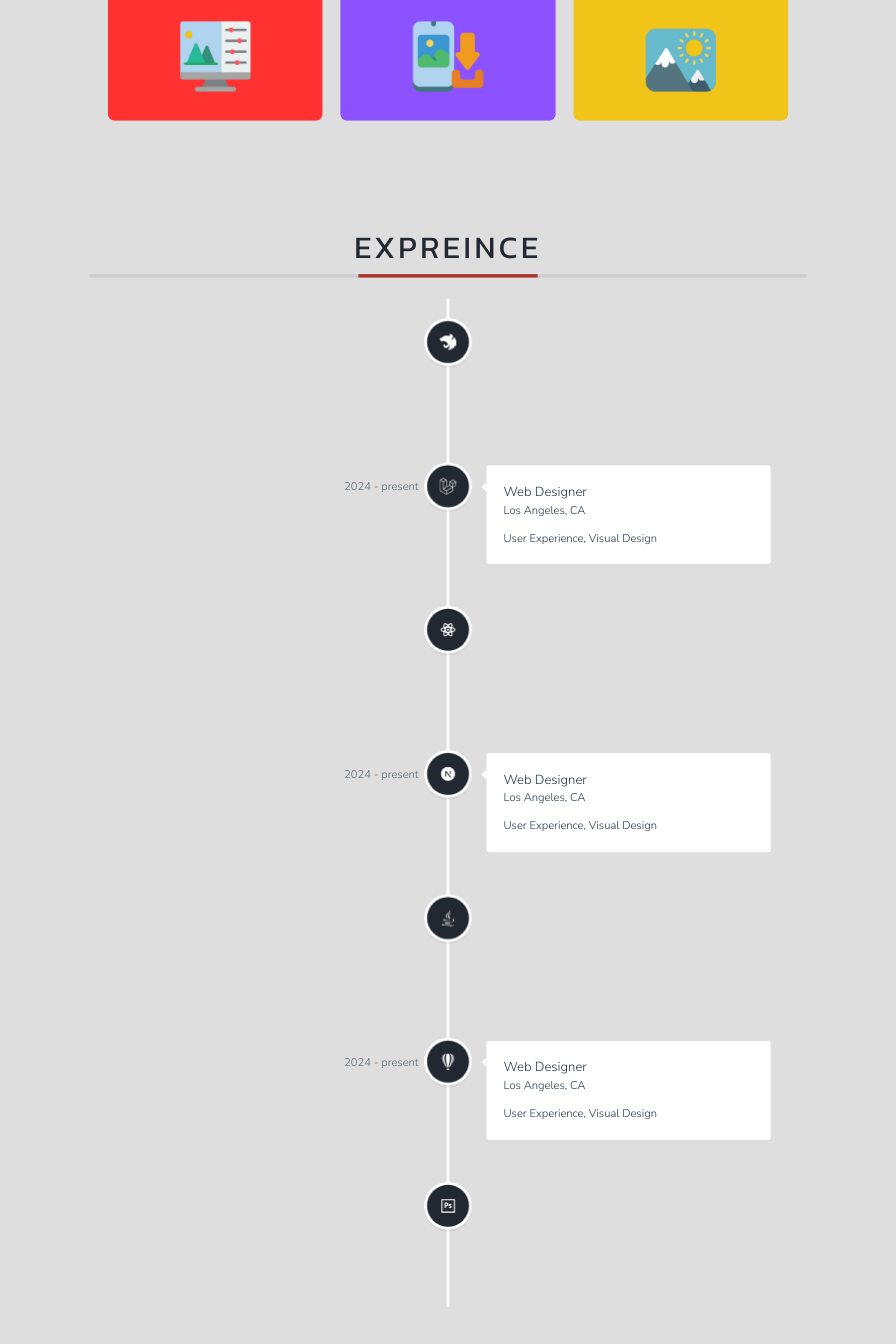
Repository: sellayspy/Portofolio
Page: /
The author's editor kept a copy of each file at every save. The page is drawn from the files as they stood at one save, then again after the next save.
The browser window is 1280 px wide. The pictures show the part of the page from y = 1201 to 3121 px (the page is 3848 px tall), at 70% of full size.
The project was rebuilt for these pictures with package versions that can differ from the ones it lists, and the page was loaded fresh each time. Also part of the build but not shown: vite.config.js, src/styles/DetailPortfolio.css, src/components/ScrollToTop.jsx, src/pages/DetailPortfolio.jsx, src/pages/PagesNotFound.jsx, src/pages/Experience.jsx.

Above is the page before, as saved 2024-09-14 11:57:52.

After the next save:
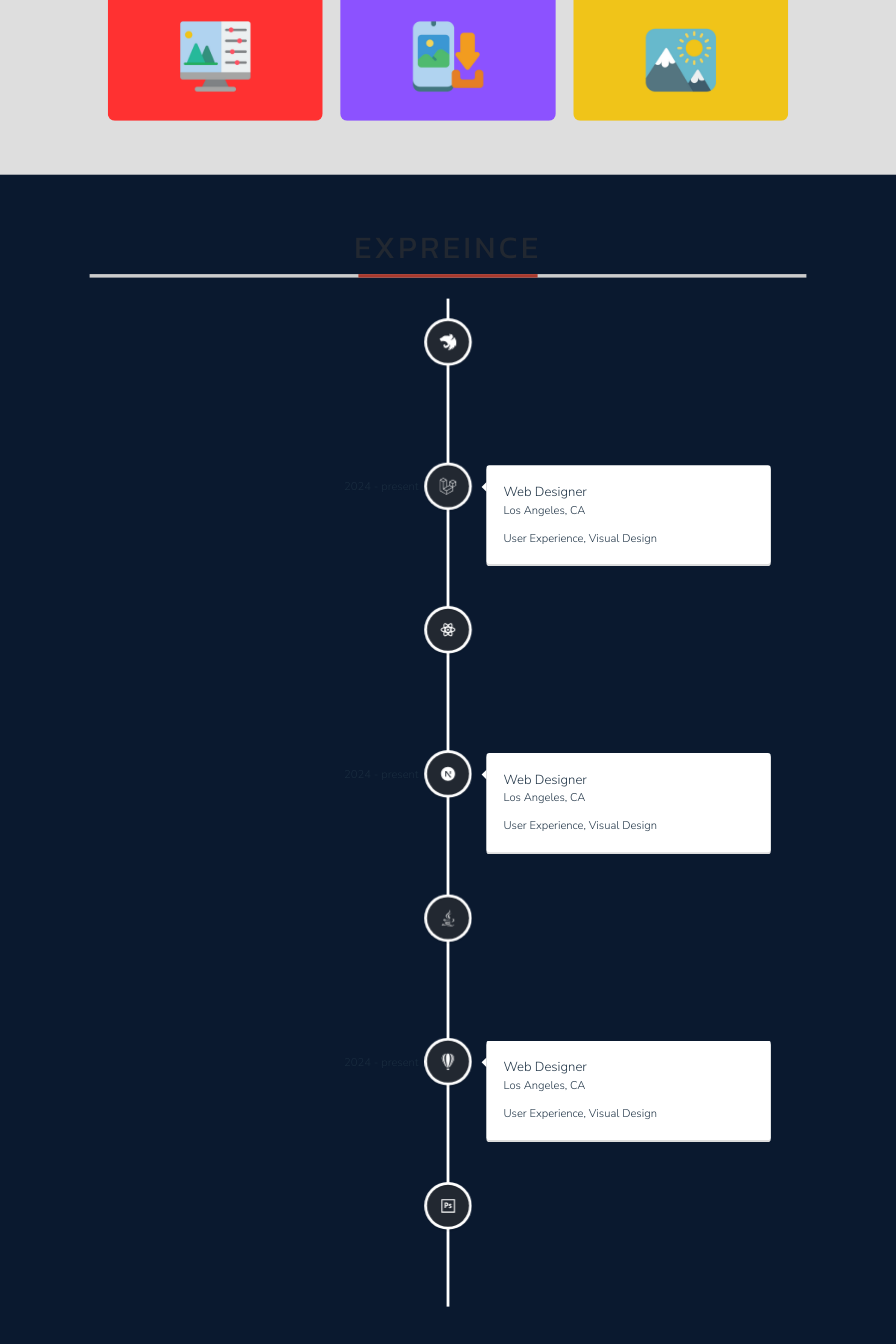
Saved 18 s later.
--- a/src/components/Experience.jsx
+++ b/src/components/Experience.jsx
@@ -10,6 +10,7 @@ import { RiNextjsFill } from "react-icons/ri";
 import { FaJava } from "react-icons/fa";
 import { SiCoreldraw } from "react-icons/si";
 import { DiPhotoshop } from "react-icons/di";
+import "../styles/Experience.css";
 const Experience = () => {
   return (
     <section id="experience">
